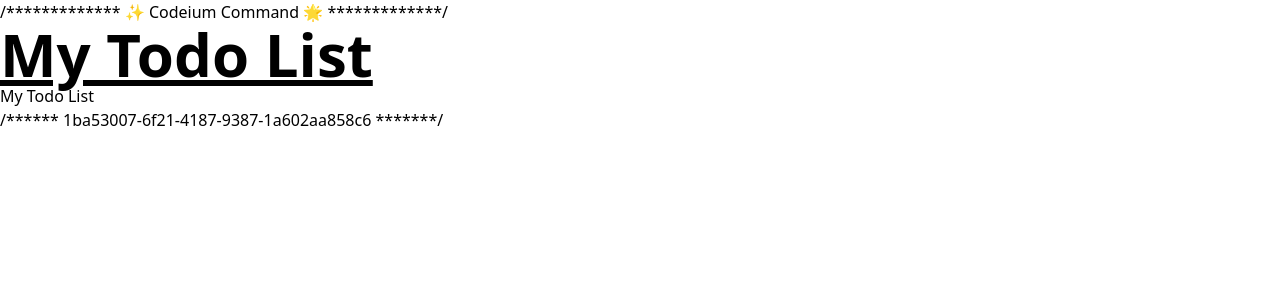
Repository: vgor15/todo-list
Page: /
The author's editor kept a copy of each file at every save. The page is drawn from the files as they stood at one save, then again after a run of saves.
The browser window is 1280 px wide. The pictures show the whole page.
The project was rebuilt for these pictures with package versions that can differ from the ones it lists, and the page was loaded fresh each time. The framework's server and built-in components were replaced by stand-ins that run in the browser. Also part of the build but not shown: next.config.js, next.config.mjs.

Above is the page before, as saved 2025-03-04 23:42:27.

### app/layout.js
import { Geist, Geist_Mono } from "next/font/google";
import "./globals.css";

const geistSans = Geist({
  variable: "--font-geist-sans",
  subsets: ["latin"],
});

const geistMono = Geist_Mono({
  variable: "--font-geist-mono",
  subsets: ["latin"],
});

export const metadata = {
  title: "Todo List",
  description: "Todo List created by Vyom-Gor",
};

export default function RootLayout({ children }) {
  return (
    <html lang="en">
      <body
        className={`${geistSans.variable} ${geistMono.variable} antialiased`}
      >
        {children}
      </body>
    </html>
  );
}

### app/page.js
import React from 'react'

const page = () => {
  return (
    <>
/*************  ✨ Codeium Command 🌟  *************/
      <h1 className="text-6xl font-bold underline">My Todo List</h1>
      <h1>My Todo List</h1>
/******  1ba53007-6f21-4187-9387-1a602aa858c6  *******/

    </>
  )
}

export default page

Loaded but not shown: app/globals.css (common file)

After the next 4 saves:
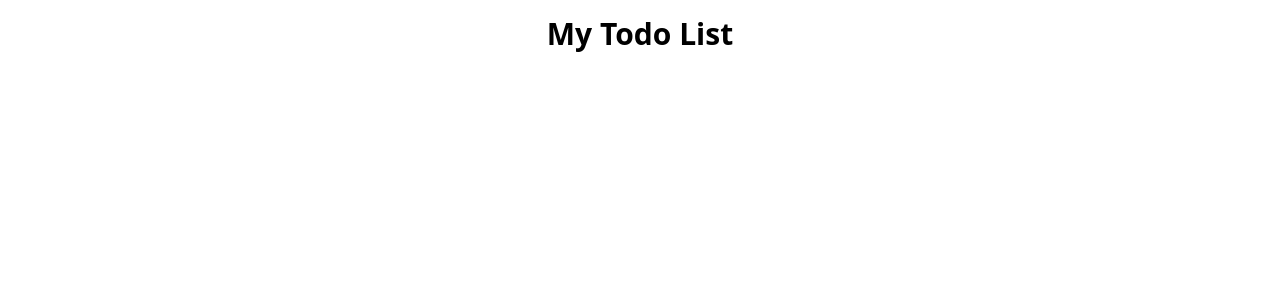
The 4 saves are shown as one change because they came seconds apart.
The last was saved 16 s later.
--- a/app/page.js
+++ b/app/page.js
@@ -1,15 +1,11 @@
-import React from 'react'
+import React from "react";
 
 const page = () => {
   return (
     <>
-/*************  ✨ Codeium Command 🌟  *************/
-      <h1 className="text-6xl font-bold underline">My Todo List</h1>
-      <h1>My Todo List</h1>
-/******  1ba53007-6f21-4187-9387-1a602aa858c6  *******/
+      <h1 className="text-3xl font-bold text-center mt-4 mb-2">My Todo List</h1>
+    </>
+  );
+};
 
-    </>
-  )
-}
-
-export default page
+export default page;
